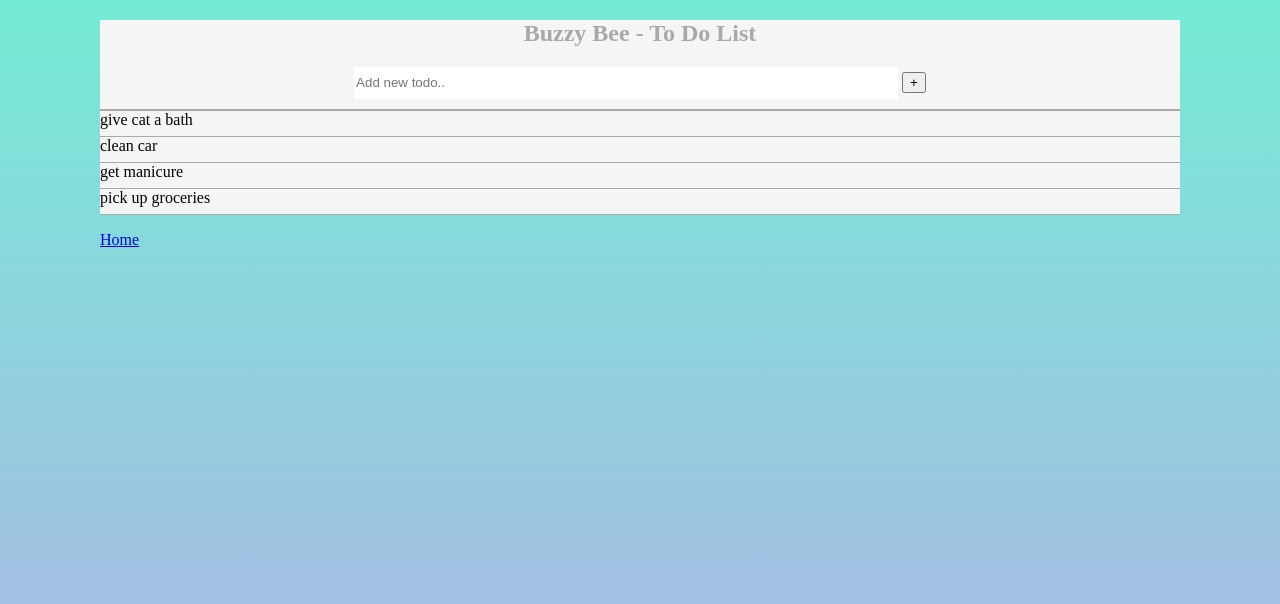
Repository: seleniadelgado/backend-spring2020-angie
Page: projects/todo/public_html/index.html
The author's editor kept a copy of each file at every save. The page is drawn from the files as they stood at one save, then again after a run of saves.
The browser window is 1280 px wide. The pictures show the whole page.
The page's requests for data from a server got no answer.

Above is the page before, as saved 2020-05-12 16:31:49.

### projects/todo/public_html/index.html
<!DOCTYPE html>

<html lang="en">
    <head>
        <meta charset="utf-8">
        <title>Buzzy Bee - To Do List</title>
        <meta name="description" content="The HTML5 Herald">
        <meta name="author" content="SitePoint">
        <link rel="stylesheet" href="styles.css">
        <script
            src="https://code.jquery.com/jquery-3.5.0.min.js"
            integrity="sha256-xNzN2a4ltkB44Mc/Jz3pT4iU1cmeR0FkXs4pru/JxaQ="
            crossorigin="anonymous">
        </script>
</head>
<body>
    <div class="sectionTitle">
        <div class="appTitle">
            <h2>Buzzy Bee - To Do List</h2>
        </div>
        <div id="addNote">
            <input type="text" id="newNote" placeholder="Add new todo..">
            <button class="addBtn">+</button>
        </div>
    </div>

    <ul id="myList">
        <li>give cat a bath</li>
        <li>clean car</li>
        <li>get manicure</li>
        <li>pick up groceries</li>
    </ul>





















    <a href="http://localhost:3000/">Home</a>



    <script>
        $(document).ready(() => {
            let objectToSend = {
                note: "Do somethings",
                author: "Nick"
            }

            $.post("http://localhost:3000/newNote", objectToSend, (dataToGet) => {
                console.log(dataToGet);
            });
            $.post("http://localhost:3000/readNotes", {}, (dataToGet) => {
                let allNotesArray = dataToGet.notes;

                console.log(allNotesArray);
            })
        })

        //import the data from default user
        // make JSON into JS with parse.
        //with the list we want to populate our ul.
        //use jquery to access the dom, grab the string
        //loop over notes
        //add the note as an li to the ul
        //  Create li with jquery.
        //  target the ul with jquery and append the li.
        //note: $('<li></li>'')
        //      $('ul') -> a jquery list which holds the ul.
        //      get 1st element from the array

    </script>
</body>
</html>

### projects/todo/public_html/styles.css
html {
    background: linear-gradient(#74ebd5, #ACB6E5);
    height: 100%;

}
body {
    margin: 0px 100px 75px 100px;
}

.sectionTitle {
    background-color: whitesmoke;
    text-align: center;
    border-bottom: 2px solid darkgray;
}

.appTitle {
    color: darkgray;
}
#addNote #newNote {
    border: none;
    margin-left: 0%;
    margin-bottom: 10px;
    height: 30px;
    width: 50%;
}
#myList {
    list-style: none;
    padding: 0px;
    margin-top: 0px;
}
#myList li {
    height: 25px;
    border-bottom: 1px solid darkgray;
    background-color: whitesmoke;
}

After the next 2 saves:
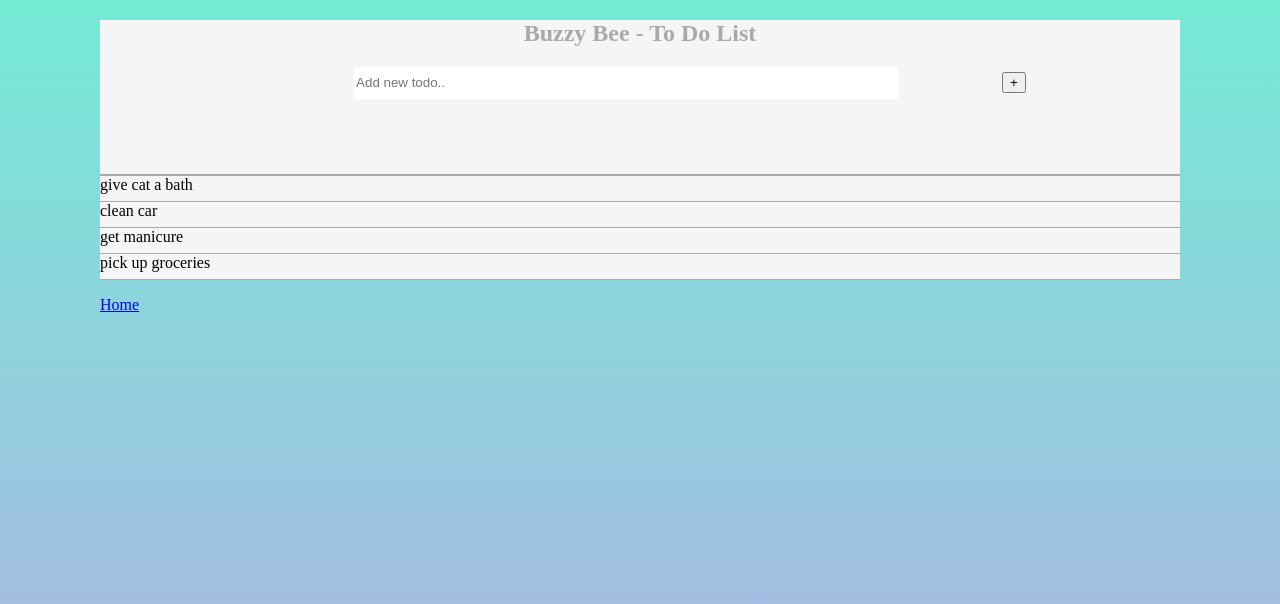
The 2 saves are shown as one change because they came seconds apart.
The last was saved 3 h 8 min later.
--- a/projects/todo/public_html/styles.css
+++ b/projects/todo/public_html/styles.css
@@ -18,8 +18,8 @@ body {
 }
 #addNote #newNote {
     border: none;
-    margin-left: 0%;
-    margin-bottom: 10px;
+    margin: 0px 100px 75px 100px;
+
     height: 30px;
     width: 50%;
 }

After the save that followed:
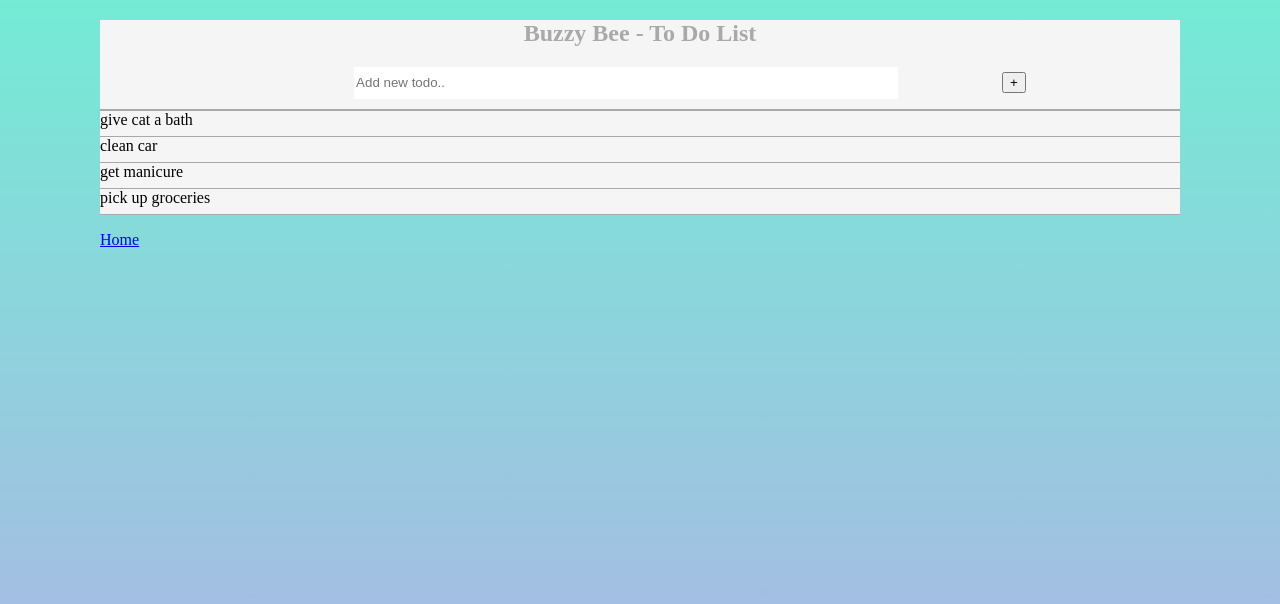
Saved 5 s later.
--- a/projects/todo/public_html/styles.css
+++ b/projects/todo/public_html/styles.css
@@ -18,7 +18,7 @@ body {
 }
 #addNote #newNote {
     border: none;
-    margin: 0px 100px 75px 100px;
+    margin: 0px 100px 10px 100px;
 
     height: 30px;
     width: 50%;
